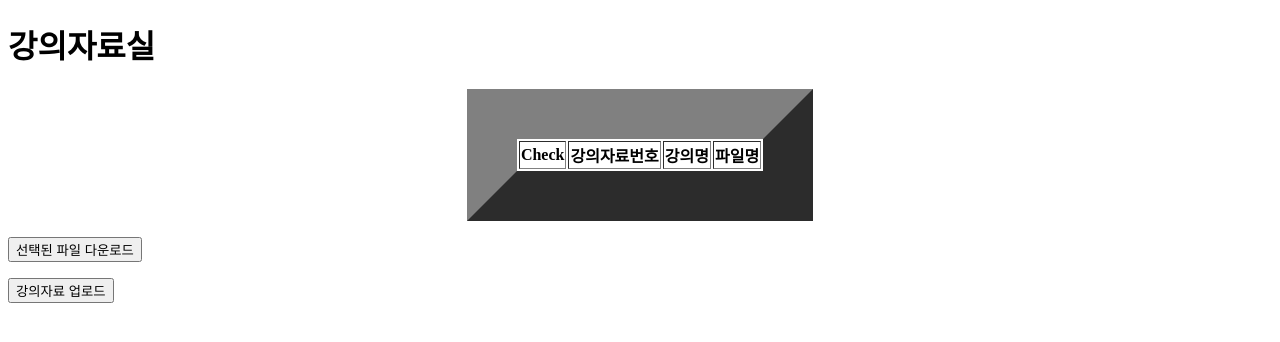
Repository: jungmintaeng/mini-ucampus
Page: http://localhost/ucam/stInfo.jsp
These files come from the project's save history. The page is drawn as it stood at one moment and after the next save; the edit follows.
The browser window is 1280 px wide. The pictures show the whole page.
The page is served by Tomcat 9. Other server files are loaded and not shown. Queries for data that is not in the repository find no rows.

Above is the page before, as saved 2016-06-12 08:08:38.

### ucam/WebContent/stInfo.jsp
<%@ page language="java" contentType="text/html; charset=EUC-KR"
    pageEncoding="EUC-KR"%>
    <%@ page import = "java.sql.*" %>
<%@ page import = "java.io.*" %>
<!DOCTYPE html PUBLIC "-//W3C//DTD HTML 4.01 Transitional//EN" "http://www.w3.org/TR/html4/loose.dtd">
<html>
<head>
<meta http-equiv="Content-Type" content="text/html; charset=EUC-KR">
<title>Insert title here</title>
</head>
<body>
<%!
Connection con = null;
Statement st = null;
ResultSet rs = null;
FileOutputStream fos = null;
File file;
byte[] buffer;
String courseNum;
Blob blob;
%>
<%
	courseNum = request.getParameter("coursenum");
	try
	{
		Class.forName("com.mysql.jdbc.Driver");
		con = DriverManager.getConnection("jdbc:mysql://localhost/ucampus", "root", "1234");
	}
	catch(SQLException ex)
	{
		out.println("connect err");
	}
	if(con == null)
		out.println("Mang.....");

	try
	{
	st = con.createStatement();
	rs = st.executeQuery("select U.Name, U.ID, U.Email from user U, belonged_course B "+
			"where U.ID = B.ID AND U.Is_student = 1 AND B.Course_num = " + courseNum);
	}
	catch(SQLException ex)
	{
		out.println("<script>alert('sql err...');</script>");
	}
	catch(Exception ex)
	{
		out.println("<script>alert('what?...');</script>");
	}
	%>
	<form action="MainStudent.jsp">
		<h1>강의자료실</h1>
		<table summary="게시판 목록" border=50 align="center">
			<thead>
				<tr>
					<th>Check</th>
					<th>강의자료번호</th>
					<th>강의명</th>
					<th>파일명</th>

				</tr>
			</thead>
			<tbody>
				<%

				String userName;
				String userID;
				String userEmail;
				while(rs.next())
				{
					userName = rs.getString(1);
					userID = rs.getString(2);
					userEmail = rs.getString(3);
					out.println("<tr><td>" + userName + "</td><td>"+ userID +"</td><td>"+ userEmail +"</td> </tr>");
				}
				%>
			</tbody>
		</table>
		<p>
			<input class="lecture_note_btn" type="submit" name="" value="선택된 파일 다운로드" />
		</p>
	</form>

	<form action = "UpSetting.jsp">
		<input class="lecture_note_btn" type="submit" name="upload" value="강의자료 업로드" />
	</form>
</body>
</html>

After the next save:
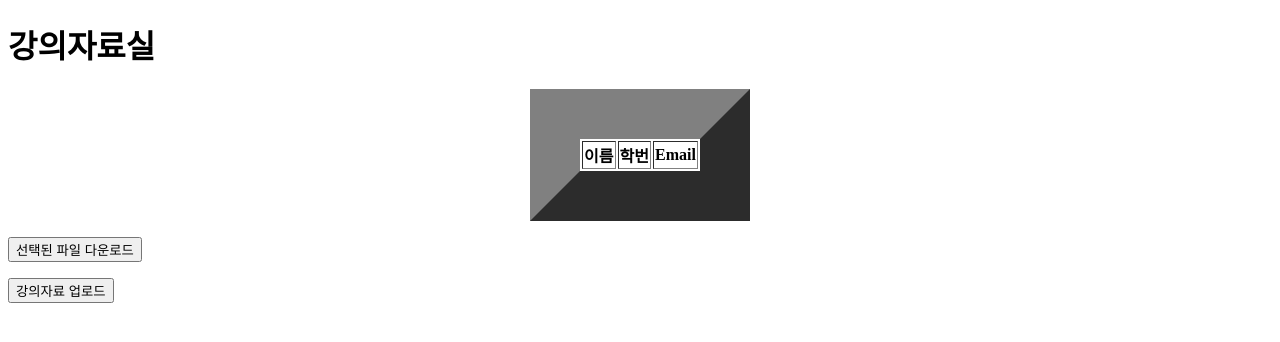
Saved 68 s later.
--- a/ucam/WebContent/stInfo.jsp
+++ b/ucam/WebContent/stInfo.jsp
@@ -53,10 +53,9 @@ Blob blob;
 		<table summary="게시판 목록" border=50 align="center">
 			<thead>
 				<tr>
-					<th>Check</th>
-					<th>강의자료번호</th>
-					<th>강의명</th>
-					<th>파일명</th>
+					<th>이름</th>
+					<th>학번</th>
+					<th>Email</th>
 
 				</tr>
 			</thead>
